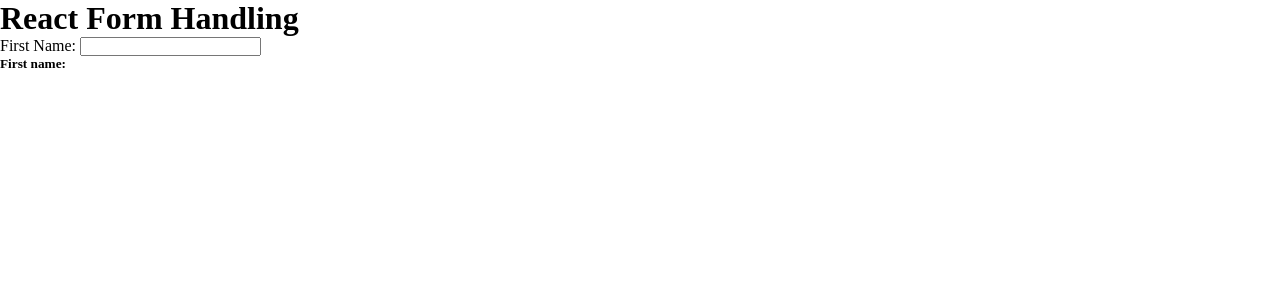
Repository: cakuang1/kanyequotes
Page: /
The author's editor kept a copy of each file at every save. The page is drawn from the files as they stood at one save, then again after the next save.
The browser window is 1280 px wide. The pictures show the whole page.
The project was rebuilt for these pictures with package versions that can differ from the ones it lists, and the page was loaded fresh each time.

Above is the page before, as saved 2022-07-17 00:05:30.

### src/index.css
* {
    box-sizing: border-box;
    margin: 0;
    padding: 0;


}


.root {

    background-color: red;
}

### src/App.js
import axios from 'axios';
import React,{useState} from 'react';





function App() {
  const [fname, setFname] = useState("")





  const handleChange = e => {
    setFname(e.target.value)
  }



  return (
    <div className='container'>
      <h1>React Form Handling</h1>
      <form>
        <label>
          First Name: <input type="text" value={fname} onChange = {handleChange}/>
        </label>

      </form>
      <h5>First name: {fname}</h5>
    </div>
  )
}


export default App;

Loaded but not shown: public/index.html (common file); src/index.js (common file)

After the next save:
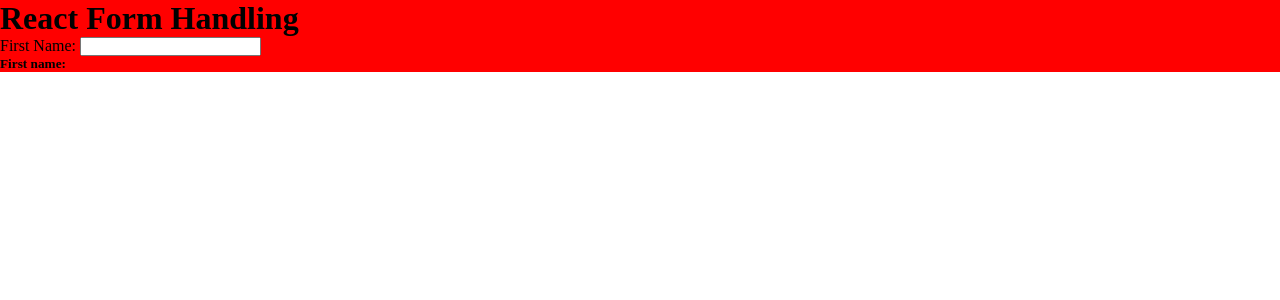
Saved 7 s later.
--- a/src/index.css
+++ b/src/index.css
@@ -7,7 +7,7 @@
 }
 
 
-.root {
+.container {
 
     background-color: red;
 }
